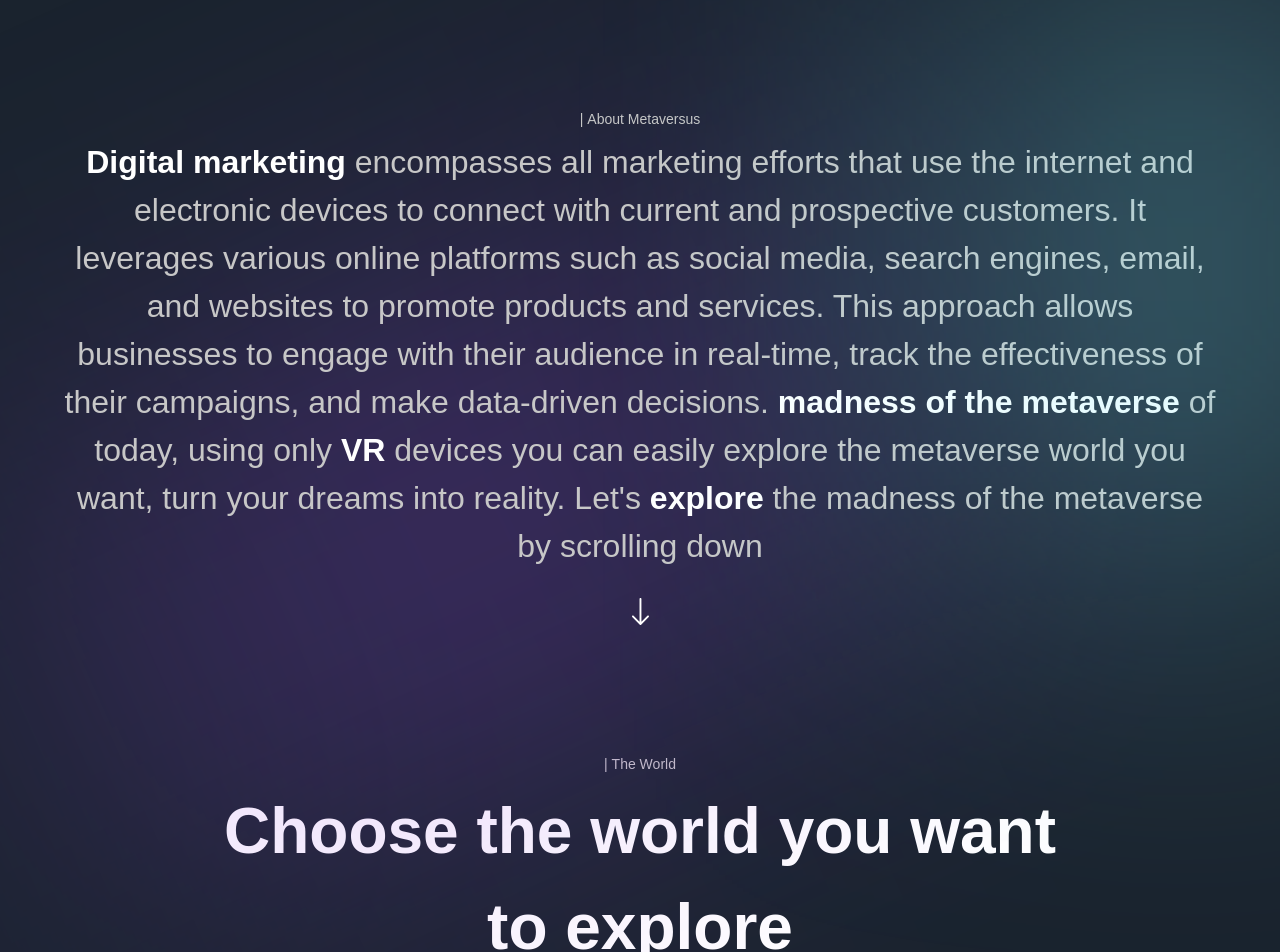
Repository: Shanuga123/metaversus
Page: /
These files come from the project's save history. The page is drawn as it stood at one moment and after the next save; the edit follows.
The browser window is 1280 px wide. The pictures show the part of the page from y = 1059 to 2011 px (the page is 7446 px tall).
Some web fonts or font styles are not loaded; a fallback is used. The project was rebuilt for these pictures with package versions that can differ from the ones it lists, and the page was loaded fresh each time. The framework's server and built-in components were replaced by stand-ins that run in the browser. Also part of the build but not shown: next.config.js.

Above is the page before, as saved 2024-08-05 21:35:35.

### components/Navbar.jsx
'use client';

import { motion } from 'framer-motion';

import styles from '../styles';
import { navVariants } from '../utils/motion';

const Navbar = () => (
  <motion.nav
    variants={navVariants}
    initial="hidden"
    whileInView="show"
    className={`${styles.xPaddings} py-8 relative`}
  >
    <div className="absolute w-[50%] inset-0 gradient-01" />
    <div
      className={`${styles.innerWidth} mx-auto flex justify-between gap-8`}
    >
      <img
        src="/search.svg"
        alt="search"
        className="w-[24px] h-[24px] object-contain"
      />
      <h2 className="font-extrabold text-[24px] leading-[30.24px] text-white">
        METAVERSUS
      </h2>
      <img
        src="/menu.svg"
        alt="menu"
        className="w-[24px] h-[24px] object-contain"
      />
    </div>
  </motion.nav>
);

export default Navbar;

### components/CustomTexts.jsx
'use client';

import { motion } from 'framer-motion';
import { textContainer, textVariant2 } from '../utils/motion';

export const TypingText = ({ title, textStyles }) => (
  <motion.p
    variants={textContainer}
    className={`font-normal text-[14px] text-secondary-white ${textStyles}`}
  >
    {Array.from(title).map((letter, index) => (
      <motion.span variants={textVariant2} key={index}>
        {letter === ' ' ? '\u00A0' : letter}
      </motion.span>
    ))}
  </motion.p>
);

export const TitleText = ({ title, textStyles }) => (
  <motion.h2
    variants={textVariant2}
    initial="hidden"
    whileInView="show"
    className={`mt-[8px] font-bold md:text-[64px] text-[40px] text-white ${textStyles}`}
  >
    {title}
  </motion.h2>
);

### components/ExploreCard.jsx
'use client';

import { motion } from 'framer-motion';

import styles from '../styles';
import { fadeIn } from '../utils/motion';

const ExploreCard = ({ id, imgUrl, title, index, active, handleClick }) => (
  <motion.div
    variants={fadeIn('right', 'spring', index * 0.5, 0.75)}
    className={`relative ${
      active === id ? 'lg:flex-[3.5] flex-[10]' : 'lg:flex-[0.5] flex-[2]'
    } flex items-center justify-center min-w-[170px] h-[700px] transition-[flex] duration-[0.7s] ease-out-flex cursor-pointer`}
    onClick={() => handleClick(id)}
  >
    <img
      src={imgUrl}
      alt="planet-04"
      className="absolute w-full h-full object-cover rounded-[24px]"
    />
    {active !== id ? (
      <h3 className="font-semibold sm:text-[26px] text-[18px] text-white absolute z-0 lg:bottom-20 lg:rotate-[-90deg] lg:origin-[0,0]">
        {title}
      </h3>
    ) : (
      <div className="absolute bottom-0 p-8 flex justify-start w-full flex-col bg-[rgba(0,0,0,0.5)] rounded-b-[24px]">
        <div
          className={`${styles.flexCenter} w-[60px] h-[60px] rounded-[24px] glassmorphism mb-[16px]`}
        >
          <img
            src="/headset.svg"
            alt="headset"
            className="w-1/2 h-1/2 object-contain"
          />
        </div>
        <p className="font-normal text-[16px] leading-[20.16px] text-white uppercase">
          Enter Metaverse
        </p>
        <h2 className="mt-[24px] font-semibold sm:text-[32px] text-[24px] text-white">
          {title}
        </h2>
      </div>
    )}
  </motion.div>
);

export default ExploreCard;

### components/InsightCard.jsx
'use client';

import { motion } from 'framer-motion';

import { fadeIn } from '../utils/motion';

const InsightCard = ({ imgUrl, title, subtitle, index }) => (
  <motion.div
    variants={fadeIn('up', 'spring', index * 0.5, 1)}
    className="flex md:flex-row flex-col gap-4"
  >
    <img
      src={imgUrl}
      alt="planet-01"
      className="md:w-[270px] w-full h-[250px] rounded-[32px] object-cover"
    />
    <div className="w-full flex justify-between items-center">
      <div className="flex-1 md:ml-[62px] flex flex-col max-w-[650px]">
        <h4 className="font-normal lg:text-[42px] text-[26px] text-white">
          {title}
        </h4>
        <p className="mt-[16px] font-normal lg:text-[20px] text-[14px] text-secondary-white">
          {subtitle}
        </p>
      </div>

      <div
        className="lg:flex hidden items-center justify-center w-[100px] h-[100px] rounded-full bg-transparent border-[1px] border-white"
      >
        <img
          src="/arrow.svg"
          alt="arrow"
          className="w-[40%] h-[40%] object-contain"
        />
      </div>
    </div>
  </motion.div>
);

export default InsightCard;

### components/Footer.jsx
'use client';

import { motion } from 'framer-motion';
import { socials } from '../constants';

import styles from '../styles';
import { footerVariants } from '../utils/motion';

const Footer = () => (
  <motion.footer
    variants={footerVariants}
    initial="hidden"
    whileInView="show"
    className={`${styles.xPaddings} py-8 relative`}
  >
    <div className="footer-gradient" />
    <div className={`${styles.innerWidth} mx-auto flex flex-col gap-8`}>
      <div className="flex items-center justify-between flex-wrap gap-5">
        <h4 className="font-bold md:text-[64px] text-[44px] text-white">
          Enter the Metaverse
        </h4>
        <button type="button" className="flex items-center h-fit py-4 px-6 bg-[#25618B] rounded-[32px] gap-[12px]">
          <img
            src="/headset.svg"
            alt="headset"
            className="w-[24px] h-[24px] object-contain"
          />
          <span className="font-normal text-[16px] text-white">
            Enter Metaverse
          </span>
        </button>
      </div>

      <div className="flex flex-col">
        <div className="mb-[50px] h-[2px] bg-white opacity-10" />

        <div className="flex items-center justify-between flex-wrap gap-4">
          <h4 className="font-extrabold text-[24px] text-white">
            METAVERUS
          </h4>
          <p className="font-normal text-[14px] text-white opacity-50">
            Copyright © 2021 - 2022 Metaversus. All rights reserved.
          </p>

          <div className="flex gap-4">
            {socials.map((social) => (
              <img
                key={social.name}
                src={social.url}
                alt={social.name}
                className="w-[24px] h-[24px] object-contain cursor-pointer"
              />
            ))}
          </div>
        </div>
      </div>
    </div>
  </motion.footer>
);

export default Footer;

### sections/Hero.jsx
'use client';

import { motion } from 'framer-motion';

import styles from '../styles';
import { slideIn, staggerContainer, textVariant } from '../utils/motion';

const Hero = () => (
  <section className={`${styles.yPaddings} sm:pl-16 pl-6`}>
    <motion.div
      variants={staggerContainer}
      initial="hidden"
      whileInView="show"
      viewport={{ once: false, amount: 0.25 }}
      className={`${styles.innerWidth} mx-auto flex flex-col`}
    >
      <div className="flex justify-center items-center flex-col relative z-10">
        <motion.h1 variants={textVariant(1.1)} className={styles.heroHeading}>
          Digital
        </motion.h1>
        <motion.div
          variants={textVariant(1.2)}
          className="flex flex-row justify-center items-center"
        >
          <h1 className={styles.heroHeading}>MaR</h1>

          <h1 className={styles.heroHeading}>Keting</h1>
        </motion.div>
      </div>

      <motion.div
        variants={slideIn('right', 'tween', 0.2, 1)}
        className="relative w-full md:-mt-[20px] -mt-[12px]"
      >
        <div className="absolute w-full h-[300px] hero-gradient rounded-tl-[140px] z-[0] -top-[30px]" />

        <img
          src="/cover1.jpg"
          alt="hero_cover"
          className="w-full sm:h-[500px] h-[350px] object-cover rounded-tl-[140px] z-10 relative"
        />

        <a href="#explore">
          <div className="w-full flex justify-end sm:-mt-[70px] -mt-[50px] pr-[40px] relative z-10">
            <img
              src="/stamp.png"
              alt="stamp"
              className="sm:w-[155px] w-[100px] sm:h-[155px] h-[100px] object-contain"
            />
          </div>
        </a>
      </motion.div>
    </motion.div>
  </section>
);

export default Hero;

### sections/About.jsx
'use client';

import { motion } from 'framer-motion';
import { TypingText } from '../components';

import styles from '../styles';
import { fadeIn, staggerContainer } from '../utils/motion';

const About = () => (
  <section className={`${styles.paddings} relative z-10`}>
    <div className="gradient-02 z-0" />
    <motion.div
      variants={staggerContainer}
      initial="hidden"
      whileInView="show"
      viewport={{ once: false, amount: 0.25 }}
      className={`${styles.innerWidth} mx-auto ${styles.flexCenter} flex-col`}
    >
      <TypingText title="| About Metaversus" textStyles="text-center" />

      <motion.p
        variants={fadeIn('up', 'tween', 0.2, 1)}
        className="mt-[8px] font-normal sm:text-[32px] text-[20px] text-center text-secondary-white"
      >
        <span className="font-extrabold text-white">Digital marketing </span> encompasses all marketing efforts that use the internet and electronic devices to connect with current and prospective customers. It leverages various online platforms such as social media, search engines, email, and websites to promote products and services. This approach allows businesses to engage with their audience in real-time, track the effectiveness of their campaigns, and make data-driven decisions. {' '}
        <span className="font-extrabold text-white">
          madness of the metaverse
        </span>{' '}
        of today, using only{' '}
        <span className="font-extrabold text-white">VR</span> devices you can
        easily explore the metaverse world you want, turn your dreams into
        reality. Let's{' '}
        <span className="font-extrabold text-white">explore</span> the madness
        of the metaverse by scrolling down
      </motion.p>

      <motion.img
        variants={fadeIn('up', 'tween', 0.3, 1)}
        src="/arrow-down.svg"
        alt="arrow down"
        className="w-[18px] h-[28px] object-contain mt-[28px]"
      />
    </motion.div>
  </section>
);

export default About;

### sections/Explore.jsx
'use client';

import { useState } from 'react';
import { motion } from 'framer-motion';

import styles from '../styles';
import { exploreWorlds } from '../constants';
import { staggerContainer } from '../utils/motion';
import { ExploreCard, TitleText, TypingText } from '../components';

const Explore = () => {
  const [active, setActive] = useState('world-2');

  return (
    <section className={`${styles.paddings}`} id="explore">
      <motion.div
        variants={staggerContainer}
        initial="hidden"
        whileInView="show"
        viewport={{ once: false, amount: 0.25 }}
        className={`${styles.innerWidth} mx-auto flex flex-col`}
      >
        <TypingText title="| The World" textStyles="text-center" />
        <TitleText
          title={<>Choose the world you want <br className="md:block hidden" /> to explore</>}
          textStyles="text-center"
        />
        <div className="mt-[50px] flex lg:flex-row flex-col min-h-[70vh] gap-5">
          {exploreWorlds.map((world, index) => (
            <ExploreCard
              key={world.id}
              {...world}
              index={index}
              active={active}
              handleClick={setActive}
            />
          ))}
        </div>
      </motion.div>
    </section>
  );
};

export default Explore;

### sections/GetStarted.jsx
'use client';

import { motion } from 'framer-motion';

import styles from '../styles';
import { startingFeatures } from '../constants';
import { StartSteps, TitleText, TypingText } from '../components';
import { staggerContainer, fadeIn, planetVariants } from '../utils/motion';

const GetStarted = () => (
  <section className={`${styles.paddings} relative z-10`}>
    <motion.div
      variants={staggerContainer}
      initial="hidden"
      whileInView="show"
      viewport={{ once: false, amount: 0.25 }}
      className={`${styles.innerWidth} mx-auto flex lg:flex-row flex-col gap-8`}
    >
      <motion.div
        variants={planetVariants('left')}
        className={`flex-1 ${styles.flexCenter}`}
      >
        <img
          src="/get-started.png"
          alt="get-started"
          className="w-[90%] h-[90%] object-contain"
        />
      </motion.div>
      <motion.div
        variants={fadeIn('left', 'tween', 0.2, 1)}
        className="flex-[0.75] flex justify-center flex-col"
      >
        <TypingText title="| How Metaversus Works" />
        <TitleText title={<>Get started with just a few clicks</>} />
        <div className="mt-[31px] flex flex-col max-w-[370px] gap-[24px]">
          {startingFeatures.map((feature, index) => (
            <StartSteps
              key={feature}
              number={`${index < 10 ? '0' : ''} ${index + 1}`}
              text={feature}
            />
          ))}
        </div>
      </motion.div>
    </motion.div>
  </section>
);

export default GetStarted;

### sections/WhatsNew.jsx
'use client';

import { motion } from 'framer-motion';

import styles from '../styles';
import { newFeatures } from '../constants';
import { NewFeatures, TitleText, TypingText } from '../components';
import { planetVariants, staggerContainer, fadeIn } from '../utils/motion';

const WhatsNew = () => (
  <section className={`${styles.paddings} relative z-10`}>
    <motion.div
      variants={staggerContainer}
      initial="hidden"
      whileInView="show"
      viewport={{ once: false, amount: 0.25 }}
      className={`${styles.innerWidth} mx-auto flex lg:flex-row flex-col gap-8`}
    >
      <motion.div
        variants={fadeIn('right', 'tween', 0.2, 1)}
        className="flex-[0.95] flex justify-center flex-col"
      >
        <TypingText title="| Whats new?" />
        <TitleText title={<>What's new about Metaversus?</>} />
        <div className="mt-[48px] flex flex-wrap justify-between gap-[24px]">
          {newFeatures.map((feature) => (
            <NewFeatures key={feature.title} {...feature} />
          ))}
        </div>
      </motion.div>

      <motion.div
        variants={planetVariants('right')}
        className={`flex-1 ${styles.flexCenter}`}
      >
        <img
          src="/whats-new.png"
          alt="get-started"
          className="w-[90%] h-[90%] object-contain"
        />
      </motion.div>
    </motion.div>
  </section>
);

export default WhatsNew;

### sections/World.jsx
'use client';

import { motion } from 'framer-motion';

import styles from '../styles';
import { TitleText, TypingText } from '../components';
import { fadeIn, staggerContainer } from '../utils/motion';

const World = () => (
  <section className={`${styles.paddings} relative z-10`}>
    <motion.div
      variants={staggerContainer}
      initial="hidden"
      whileInView="show"
      viewport={{ once: false, amount: 0.25 }}
      className={`${styles.innerWidth} mx-auto flex flex-col`}
    >

      <TypingText title="| People on the World" textStyles="text-center" />
      <TitleText
        title={(
          <>Track friends around you and invite them to play together in the same
            world
          </>
        )}
        textStyles="text-center"
      />

      <motion.div
        variants={fadeIn('up', 'tween', 0.3, 1)}
        className="relative mt-[68px] flex w-full h-[550px]"
      >
        <img src="/map.png" alt="map" className="w-full h-full object-cover" />

        <div className="absolute bottom-20 right-20 w-[70px] h-[70px] p-[6px] rounded-full bg-[#5D6680]">
          <img src="people-01.png" alt="people" className="w-full h-full" />
        </div>

        <div className="absolute top-10 left-20 w-[70px] h-[70px] p-[6px] rounded-full bg-[#5D6680]">
          <img src="/people-02.png" alt="people" className="w-full h-full" />
        </div>

        <div className="absolute top-1/2 left-[45%] w-[70px] h-[70px] p-[6px] rounded-full bg-[#5D6680]">
          <img src="people-03.png" alt="people" className="w-full h-full" />
        </div>
      </motion.div>
    </motion.div>
  </section>
);

export default World;

### sections/Insights.jsx
'use client';

import { motion } from 'framer-motion';

import styles from '../styles';
import { insights } from '../constants';
import { staggerContainer } from '../utils/motion';
import { InsightCard, TitleText, TypingText } from '../components';

const Insights = () => (
  <section className={`${styles.paddings} relative z-10`}>
    <motion.div
      variants={staggerContainer}
      initial="hidden"
      whileInView="show"
      viewport={{ once: false, amount: 0.25 }}
      className={`${styles.innerWidth} mx-auto flex flex-col`}
    >
      <TypingText title="| Insight" textStyles="text-center" />
      <TitleText title={<>Insight about metaverse</>} textStyles="text-center" />
      <div className="mt-[50px] flex flex-col gap-[30px]">
        {insights.map((item, index) => (
          <InsightCard key={`insight-${index}`} {...item} index={index + 1} />
        ))}
      </div>
    </motion.div>
  </section>
);

export default Insights;

### sections/Feedback.jsx
'use client';

import { motion } from 'framer-motion';

import styles from '../styles';
import { fadeIn, staggerContainer, zoomIn } from '../utils/motion';

const Feedback = () => (
  <section className={`${styles.paddings}`}>
    <motion.div
      variants={staggerContainer}
      initial="hidden"
      whileInView="show"
      viewport={{ once: false, amount: 0.25 }}
      className={`${styles.innerWidth} mx-auto flex lg:flex-row flex-col gap-6`}
    >
      <motion.div
        variants={fadeIn('right', 'tween', 0.2, 1)}
        className="flex-[0.5] lg:max-w-[370px] flex justify-end flex-col gradient-05 sm:p-8 p-4 rounded-[32px] border-[1px] border-[#6A6A6A] relative"
      >
        <div className="feedback-gradient" />
        <div>
          <h4 className="font-bold sm:text-[32px] text-[26px] sm:leading-[40.32px] leading-[36.32px] text-white">
            Samantha
          </h4>
          <p className="mt-[8px] font-normal sm:text-[18px] text-[12px] sm:leading-[22.68px] leading-[16.68px] text-white">
            Founder Metaverus
          </p>
        </div>

        <p className="mt-[24px] font-normal sm:text-[24px] text-[18px] sm:leading-[45.6px] leading-[39.6px] text-white">
          “With the development of today's technology, metaverse is very
          useful for today's work, or can be called web 3.0. by using
          metaverse you can use it as anything”
        </p>
      </motion.div>

      <motion.div
        variants={fadeIn('left', 'tween', 0.2, 1)}
        className="relative flex-1 flex justify-center items-center"
      >
        <img
          src="/planet-09.png"
          alt="planet-09"
          className="w-full lg:h-[610px] h-auto min-h-[210px] object-cover rounded-[40px]"
        />

        <motion.div
          variants={zoomIn(0.4, 1)}
          className="lg:block hidden absolute -left-[10%] top-[3%]"
        >
          <img
            src="/stamp.png"
            alt="stamp"
            className="w-[155px] h-[155px] object-contain"
          />
        </motion.div>
      </motion.div>
    </motion.div>
  </section>
);

export default Feedback;

### styles/index.js
const styles = {
  innerWidth: '2xl:max-w-[1280px] w-full',
  interWidth: 'lg:w-[80%] w-[100%]',

  paddings: 'sm:p-16 xs:p-8 px-6 py-12',
  yPaddings: 'sm:py-16 xs:py-8 py-12',
  xPaddings: 'sm:px-16 px-6',
  topPaddings: 'sm:pt-16 xs:pt-8 pt-12',
  bottomPaddings: 'sm:pb-16 xs:pb-8 pb-12',

  flexCenter: 'flex justify-center items-center',
  flexStart: 'flex justify-start items-start',
  flexEnd: 'flex justify-end',
  navPadding: 'pt-[98px]',

  // hero section
  heroHeading:
      'font-bold lg:text-[144px] md:text-[100px] sm:text-[60px] text-[44px] lg:leading-[158.4px] md:leading-[114.4px] sm:leading-[74.4px] leading-[64.4px] uppercase text-white',
  heroRText:
      'md:w-[212px] sm:w-[80px] w-[60px] md:h-[108px] sm:h-[48px] h-[38px] md:border-[18px] border-[9px] rounded-r-[50px] border-white sm:mx-2 mx-[6px]',
};

export default styles;

### constants/index.js
export const exploreWorlds = [
  {
    id: 'world-1',
    imgUrl: '/planet-01.png',
    title: 'The Hogwarts',
  },
  {
    id: 'world-2',
    imgUrl: '/planet-02.png',
    title: 'The Upside Down',
  },
  {
    id: 'world-3',
    imgUrl: '/planet-03.png',
    title: 'Kadirojo Permai',
  },
  {
    id: 'world-4',
    imgUrl: '/planet-04.png',
    title: 'Paradise Island',
  },
  {
    id: 'world-5',
    imgUrl: '/planet-05.png',
    title: 'Hawkins Labs',
  },
];

export const startingFeatures = [
  'Find a world that suits you and you want to enter',
  'Enter the world by reading basmalah to be safe',
  'No need to beat around the bush, just stay on the gas and have fun',
];

export const newFeatures = [
  {
    imgUrl: '/vrpano.svg',
    title: 'A new world',
    subtitle:
        'we have the latest update with new world for you to try never mind',
  },
  {
    imgUrl: '/headset.svg',
    title: 'More realistic',
    subtitle:
        'In the latest update, your eyes are narrow, making the world more realistic than ever',
  },
];

export const insights = [
  {
    imgUrl: '/planet-06.png',
    title: 'The launch of the Metaverse makes Elon musk ketar-ketir',
    subtitle:
        'Magna etiam tempor orci eu lobortis elementum nibh tellus molestie. Diam maecenas sed enim ut sem viverra alique.',
  },
  {
    imgUrl: '/planet-07.png',
    title: '7 tips to easily master the madness of the Metaverse',
    subtitle:
        'Vitae congue eu consequat ac felis donec. Et magnis dis parturient montes nascetur ridiculus mus. Convallis tellus id interdum',
  },
  {
    imgUrl: '/planet-08.png',
    title: 'With one platform you can explore the whole world virtually',
    subtitle:
        'Quam quisque id diam vel quam elementum. Viverra nam libero justo laoreet sit amet cursus sit. Mauris in aliquam sem',
  },
];

export const socials = [
  {
    name: 'twitter',
    url: '/twitter.svg',
  },
  {
    name: 'linkedin',
    url: '/linkedin.svg',
  },
  {
    name: 'instagram',
    url: '/instagram.svg',
  },
  {
    name: 'facebook',
    url: '/facebook.svg',
  },
];

Loaded but not shown: app/layout.js (common file); app/page.js (common file); styles/globals.css (common file); components/index.js (common file); sections/index.js (common file); components/StartSteps.jsx (common file); components/NewFeatures.jsx (common file); tailwind.config.js (common file); utils/motion.js (161 lines, source omitted)

After the next save:
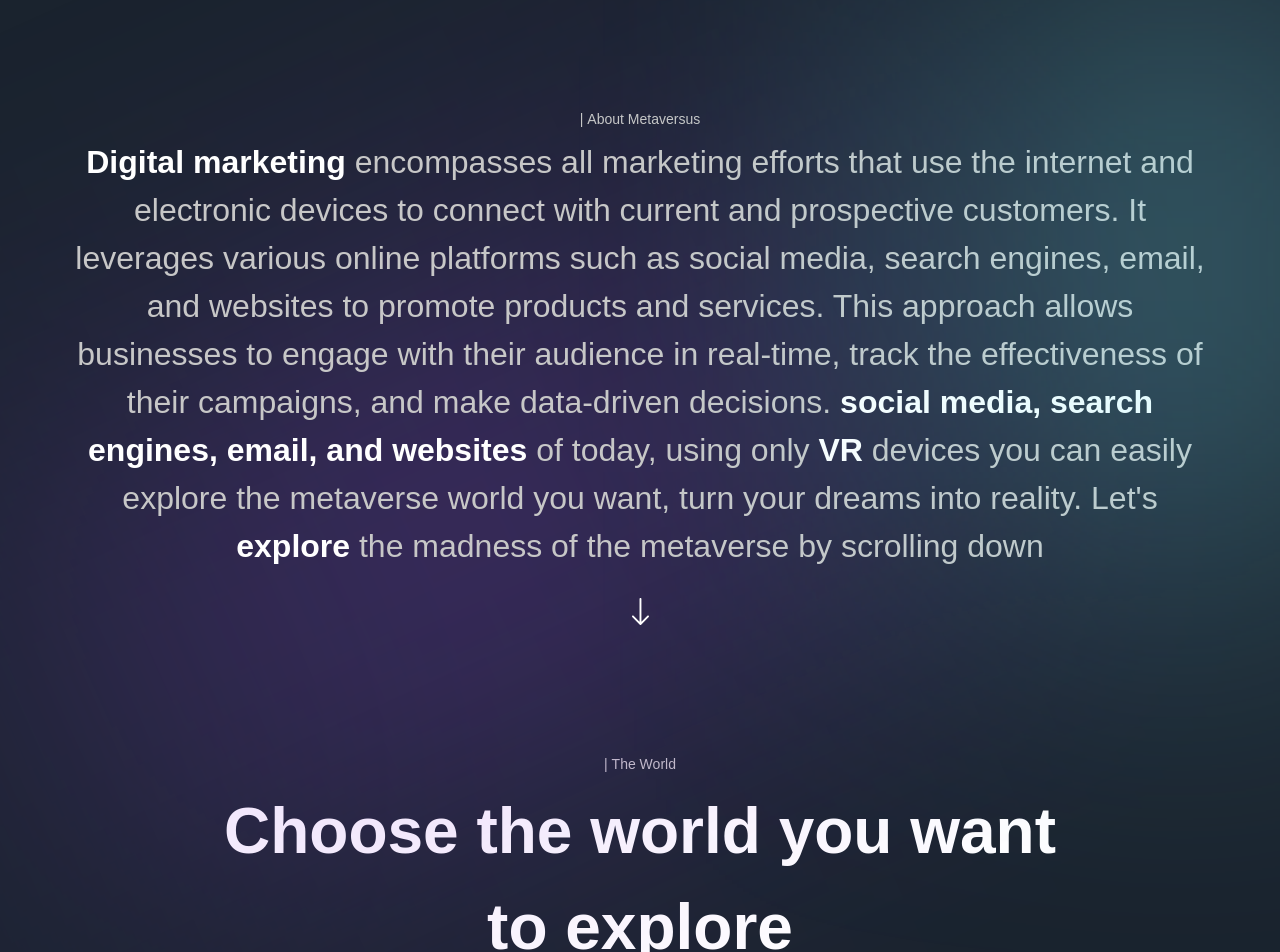
Saved 50 s later.
--- a/sections/About.jsx
+++ b/sections/About.jsx
@@ -24,7 +24,7 @@ const About = () => (
       >
         <span className="font-extrabold text-white">Digital marketing </span> encompasses all marketing efforts that use the internet and electronic devices to connect with current and prospective customers. It leverages various online platforms such as social media, search engines, email, and websites to promote products and services. This approach allows businesses to engage with their audience in real-time, track the effectiveness of their campaigns, and make data-driven decisions. {' '}
         <span className="font-extrabold text-white">
-          madness of the metaverse
+        social media, search engines, email, and websites
         </span>{' '}
         of today, using only{' '}
         <span className="font-extrabold text-white">VR</span> devices you can
